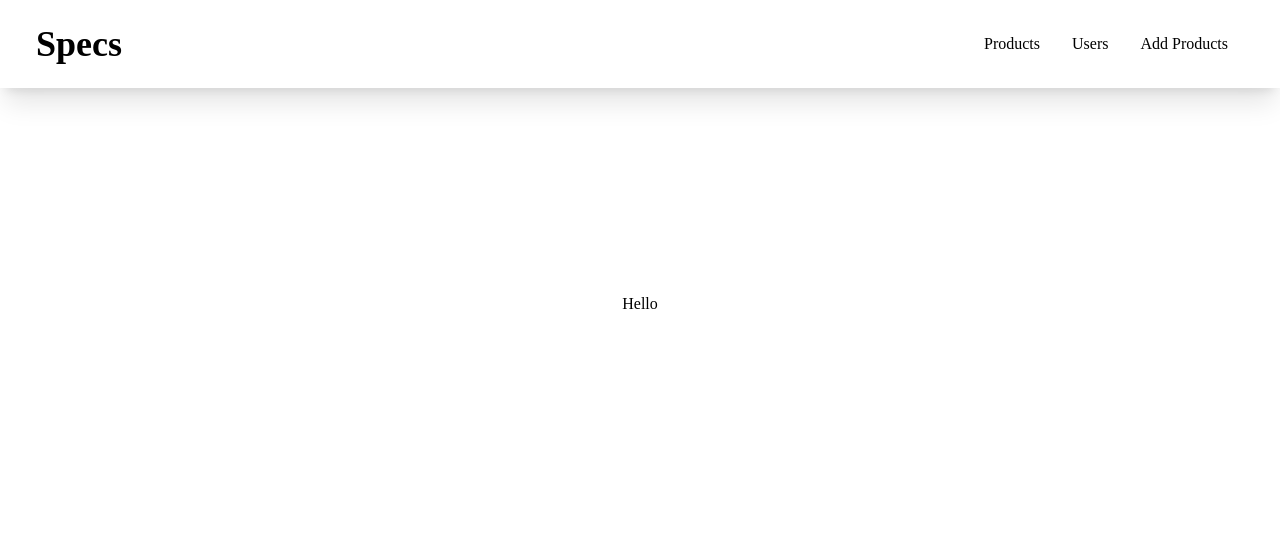
Repository: rushit163/frames-ecommerce
Page: /
The author's editor kept a copy of each file at every save. The page is drawn from the files as they stood at one save, then again after the next save.
The browser window is 1280 px wide. The pictures show the whole page.
The project was rebuilt for these pictures with package versions that can differ from the ones it lists, and the page was loaded fresh each time. The framework's server and built-in components were replaced by stand-ins that run in the browser. Also part of the build but not shown: next.config.js.

Above is the page before, as saved 2023-05-06 07:29:47.

After the next save:
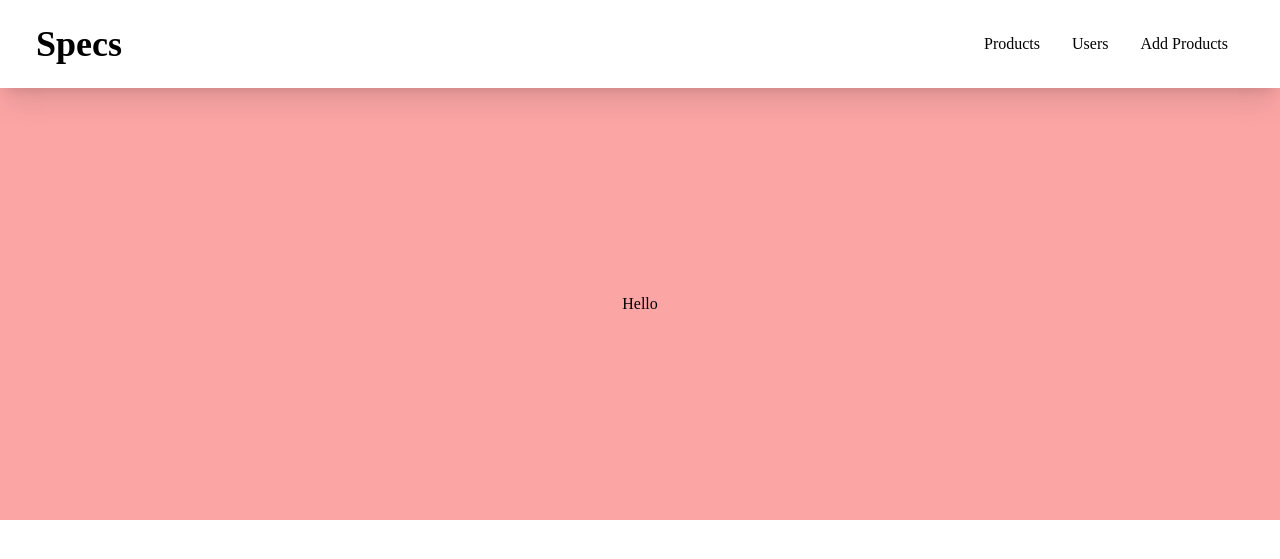
Saved 6 s later.
--- a/pages/Add_Products.tsx
+++ b/pages/Add_Products.tsx
@@ -5,7 +5,7 @@ const Add_Products = () => {
   return (
     <>
     <Navbar/>
-    <div className=" bg-rs-300s h-[60vh] w-full flex items-center justify-center">
+    <div className=" bg-red-300 h-[60vh] w-full flex items-center justify-center">
       <h1>Hello</h1>
     </div>
     </>
